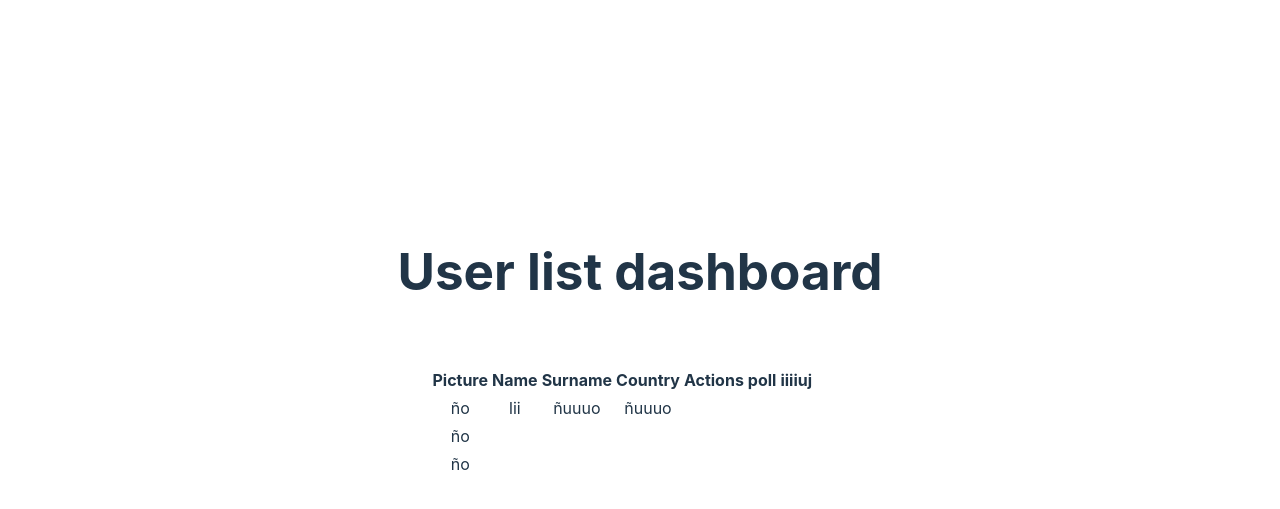
Repository: atzin-escandia/react-typescript-users-dashboard
Page: /
The author's editor kept a copy of each file at every save. The page is drawn from the files as they stood at one save, then again after the next save.
The browser window is 1280 px wide. The pictures show the whole page.
The page's requests for data from a server got no answer. The project was rebuilt for these pictures with package versions that can differ from the ones it lists, and the page was loaded fresh each time. No one was signed in, and anything a server would have sent is missing. Also part of the build but not shown: vite.config.ts.

Above is the page before, as saved 2023-10-08 21:06:41.

After the next save:
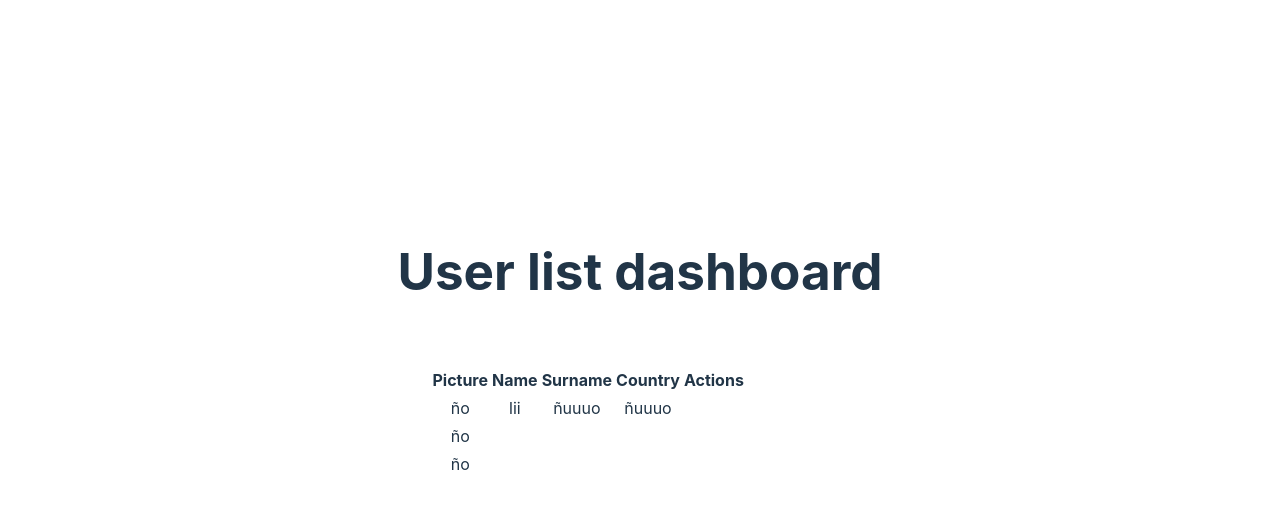
Saved 6 s later.
--- a/src/components/UsersList.tsx
+++ b/src/components/UsersList.tsx
@@ -8,9 +8,6 @@
           {TABLE_HEADER.map((title) => (
             <th>{title}</th>
           ))}
-
-          <th>poll</th>
-          <th>iiiiuj</th>
         </tr>
         <tr>
           <td>ño</td>
